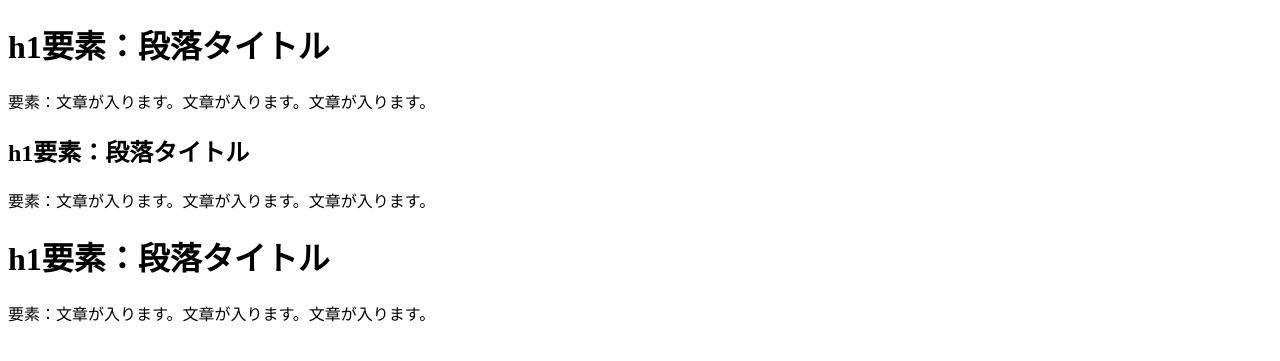
Repository: sevenseas777/samurai_HTML-CSS
Page: index.html
The author's editor kept a record of every edit. The page is drawn from the files as they stood at one moment, then again after the next edit.
The browser window is 1280 px wide. The pictures show the whole page.

Above is the page before.

After the next edit:
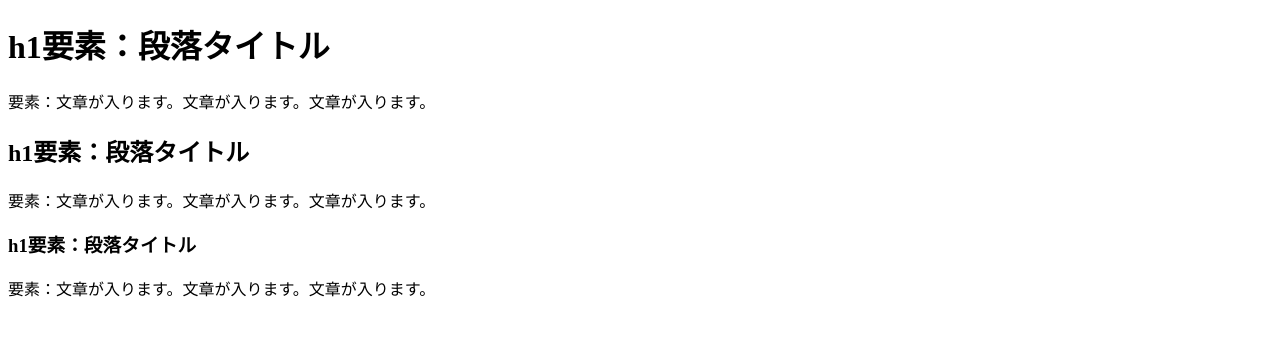
The edit:
--- a/index.html
+++ b/index.html
@@ -8,7 +8,7 @@
   <p>要素：文章が入ります。文章が入ります。文章が入ります。</p>
   <h2>h1要素：段落タイトル</h2>
   <p>要素：文章が入ります。文章が入ります。文章が入ります。</p>
-  <h1>h1要素：段落タイトル</h1>
+  <h3>h1要素：段落タイトル</h3>
   <p>要素：文章が入ります。文章が入ります。文章が入ります。</p>
 
 
